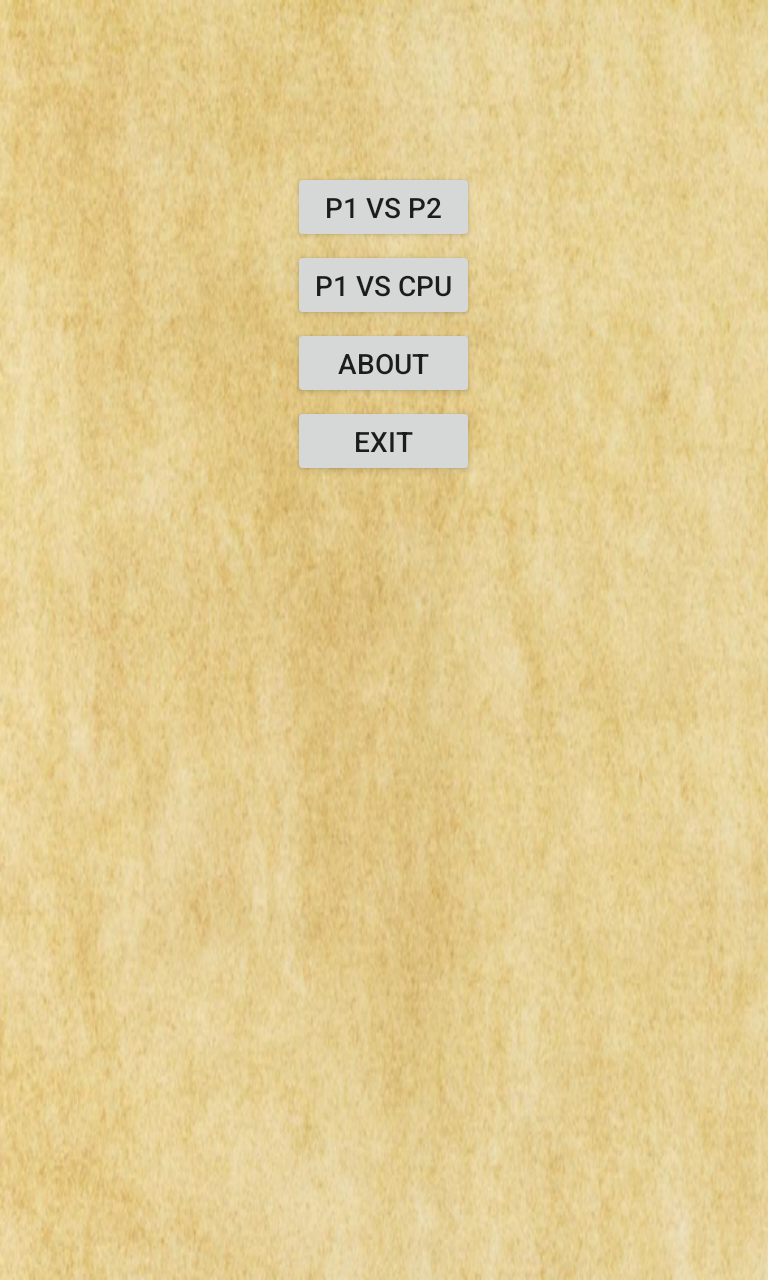
Repository: dtakiy/jogovelha
Layout: games/res/layout/activity_main.xml
The author's editor kept a copy of each file at every save. The layout is drawn from the files as they stood at one save, then again after the next save.
It is drawn on a 768 x 1280 px phone screen (xhdpi) without system bars, with theme AppTheme; the app's code is not run.

Above is the layout before, as saved 2014-09-18 03:56:05.

### games/res/layout/activity_main.xml
<RelativeLayout xmlns:android="http://schemas.android.com/apk/res/android"
    xmlns:tools="http://schemas.android.com/tools"
    android:layout_width="fill_parent"
    android:layout_height="fill_parent"
    android:background="@drawable/background"
    android:paddingBottom="@dimen/activity_vertical_margin"
    android:paddingLeft="@dimen/activity_horizontal_margin"
    android:paddingRight="@dimen/activity_horizontal_margin"
    android:paddingTop="@dimen/activity_vertical_margin"
    tools:context="com.example.games.MainActivity" >

	  <Button
	      android:id="@+id/p1"
	      android:layout_width="wrap_content"
	      android:layout_height="wrap_content"
	      android:layout_alignLeft="@+id/cpu"
	      android:layout_alignParentTop="true"
	      android:layout_alignRight="@+id/cpu"
	      android:layout_marginTop="68dp"
	      android:minHeight="20dip"
	      android:minWidth="20dip"
	      android:text="@string/p1" />
	  <Button
	      android:id="@+id/cpu"
	      android:layout_width="wrap_content"
	      android:layout_height="wrap_content"
	      android:layout_below="@+id/p1"
	      android:layout_centerHorizontal="true"
	      android:minHeight="20dip"
	      android:minWidth="20dip"
	      android:text="@string/cpu" />

	  	  <Button
	  	      android:id="@+id/about"
	  	      android:layout_width="wrap_content"
	  	      android:layout_height="wrap_content"
	  	      android:layout_alignLeft="@+id/cpu"
	  	      android:layout_alignRight="@+id/cpu"
	  	      android:layout_below="@+id/cpu"
	  	      android:minHeight="20dip"
	  	      android:minWidth="20dip"
	  	      android:text="@string/about" />

	  	  <Button
	  	      android:id="@+id/sair"
	  	      android:layout_width="wrap_content"
	  	      android:layout_height="wrap_content"
	  	      android:layout_alignLeft="@+id/about"
	  	      android:layout_alignRight="@+id/about"
	  	      android:layout_below="@+id/about"
	  	      android:minHeight="20dip"
	  	      android:minWidth="20dip"
	  	      android:text="@string/sair" />

</RelativeLayout>

### games/res/values/strings.xml
<?xml version="1.0" encoding="utf-8"?>
<resources>

    <string name="app_name">Tic Tac Game</string>
    <string name="hello_world">Welcome to Tic Tac Game</string>
    <string name="action_settings">Settings</string>
    <string name="sair">Exit</string>
    <string name="newgame">New Game</string>
    <string name="p1">P1 Vs P2</string>
    <string name="cpu">P1 Vs CPU</string>
    <string name="about">About</string>
    <string name="textabout">App made by JetFranco</string>

</resources>

Loaded but not shown: games/res/values/styles.xml (common file); games/res/values-v11/styles.xml (common file); games/res/values-v14/styles.xml (common file); games/res/values/dimens.xml (common file); games/res/values-w820dp/dimens.xml (common file)

After the next save:
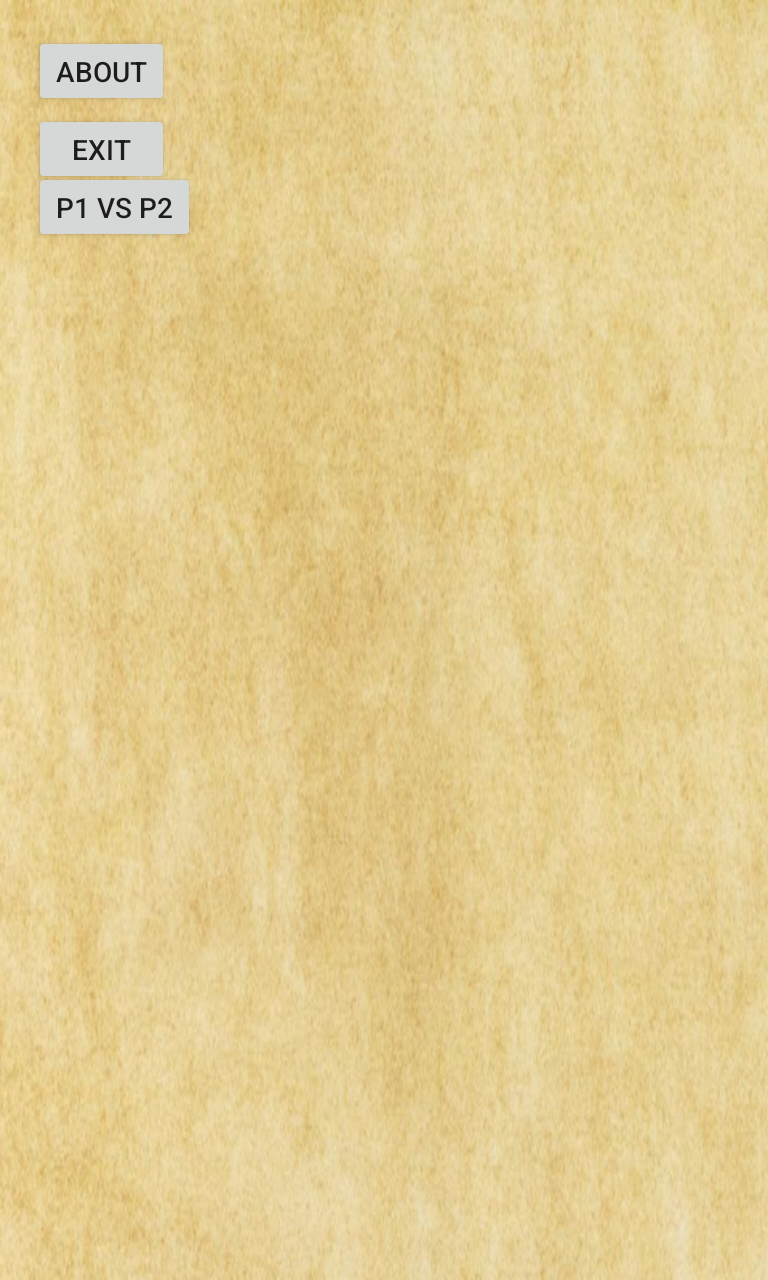
Saved 82 s later.
--- a/games/res/layout/activity_main.xml
+++ b/games/res/layout/activity_main.xml
@@ -20,15 +20,6 @@
 	      android:minHeight="20dip"
 	      android:minWidth="20dip"
 	      android:text="@string/p1" />
-	  <Button
-	      android:id="@+id/cpu"
-	      android:layout_width="wrap_content"
-	      android:layout_height="wrap_content"
-	      android:layout_below="@+id/p1"
-	      android:layout_centerHorizontal="true"
-	      android:minHeight="20dip"
-	      android:minWidth="20dip"
-	      android:text="@string/cpu" />
 
 	  	  <Button
 	  	      android:id="@+id/about"
